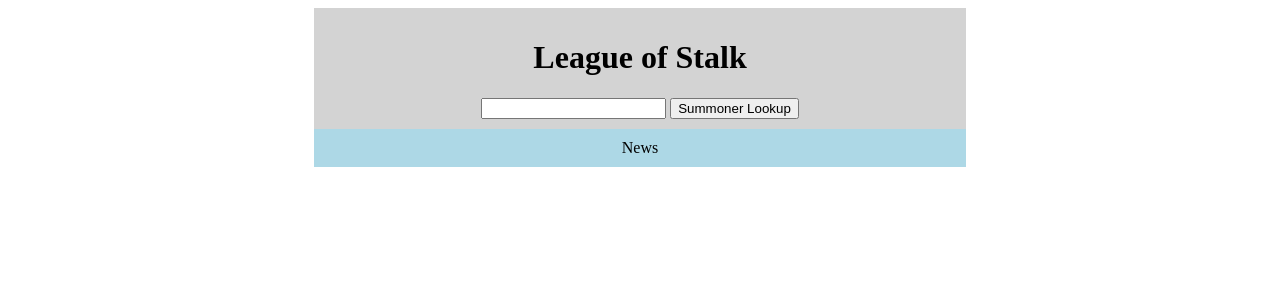
Repository: Dreifingerjpey/TestLos
Page: http://localhost/LeagueOfStalk/
The author's editor kept a copy of each file at every save. The page is drawn from the files as they stood at one save, then again after the next save.
The browser window is 1280 px wide. The pictures show the whole page.
The page is served by Tomcat 9. Other server files are loaded and not shown.

Above is the page before, as saved 2017-08-05 10:37:31.

### Eclipse/LeagueOfStalk/WebContent/index.jsp
<%@ page language="java" contentType="text/html; charset=ISO-8859-1"
    pageEncoding="ISO-8859-1"%>
<!DOCTYPE html PUBLIC "-//W3C//DTD HTML 4.01 Transitional//EN" "http://www.w3.org/TR/html4/loose.dtd">
<html>

<head>
	<jsp:include page="CSS/Style.css"/>
	<link rel="stylesheet" href="${pageContext.request.contextPath}/CSS/Style.css" />
	<meta http-equiv="Content-Type" content="text/html; charset=ISO-8859-1">
	<title>League of Stalk</title>
</head>

<body >
	<div class="input">
		<h1>League of Stalk</h1>
			<div align="center">
				<form  action="SummonerLookup">
				<input type="text" name="summoner">
				<input type="submit" value="Summoner Lookup"/>
			</div>
		</form>
	</div>
	<div class="frontpage">News</div>
</body>
</html>

### Eclipse/LeagueOfStalk/WebContent/CSS/Style.css
<!DOCTYPE html>
<html>
<head>
<style>
	body {
	    background-color: white;
	}

	.input{
		background-color: lightgrey;
		margin: auto;
		text-align: center;
		width: 50%;
		padding: 10px;
	}
	.profile{
		display: block;
	    margin: auto;
	    width: 50%;
		text-align: center;
		background-color: lightgrey;
	}
	.frontpage{
		background-color: lightblue;
		text-align: center;
		width: 50%;
		padding: 10px;
		margin: auto;
		display: block;
	}
	h1{

	}
	h2{

	}

</style>
</head>
<body>

</body>
</html>

After the next save:
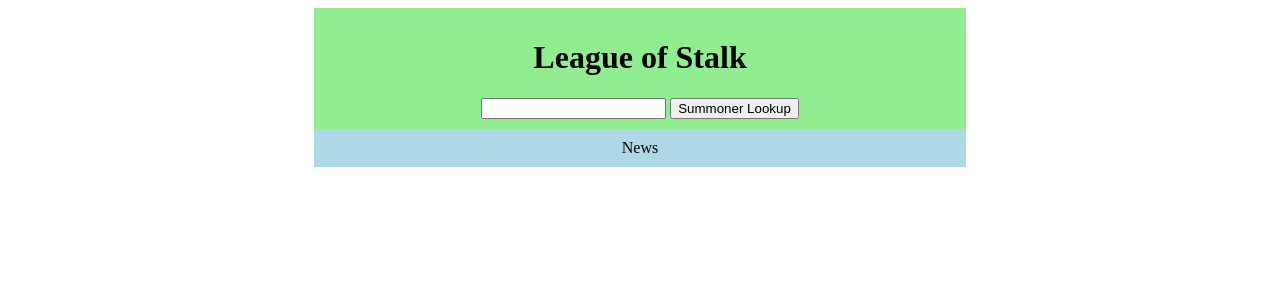
Saved 9 s later.
--- a/Eclipse/LeagueOfStalk/WebContent/CSS/Style.css
+++ b/Eclipse/LeagueOfStalk/WebContent/CSS/Style.css
@@ -7,7 +7,7 @@
 	}
 
 	.input{
-		background-color: lightgrey;
+		background-color: lightgreen;
 		margin: auto;
 		text-align: center;
 		width: 50%;
@@ -18,7 +18,7 @@
 	    margin: auto;
 	    width: 50%;
 		text-align: center;
-		background-color: lightgrey;
+		background-color: lightgreen;
 	}
 	.frontpage{
 		background-color: lightblue;
